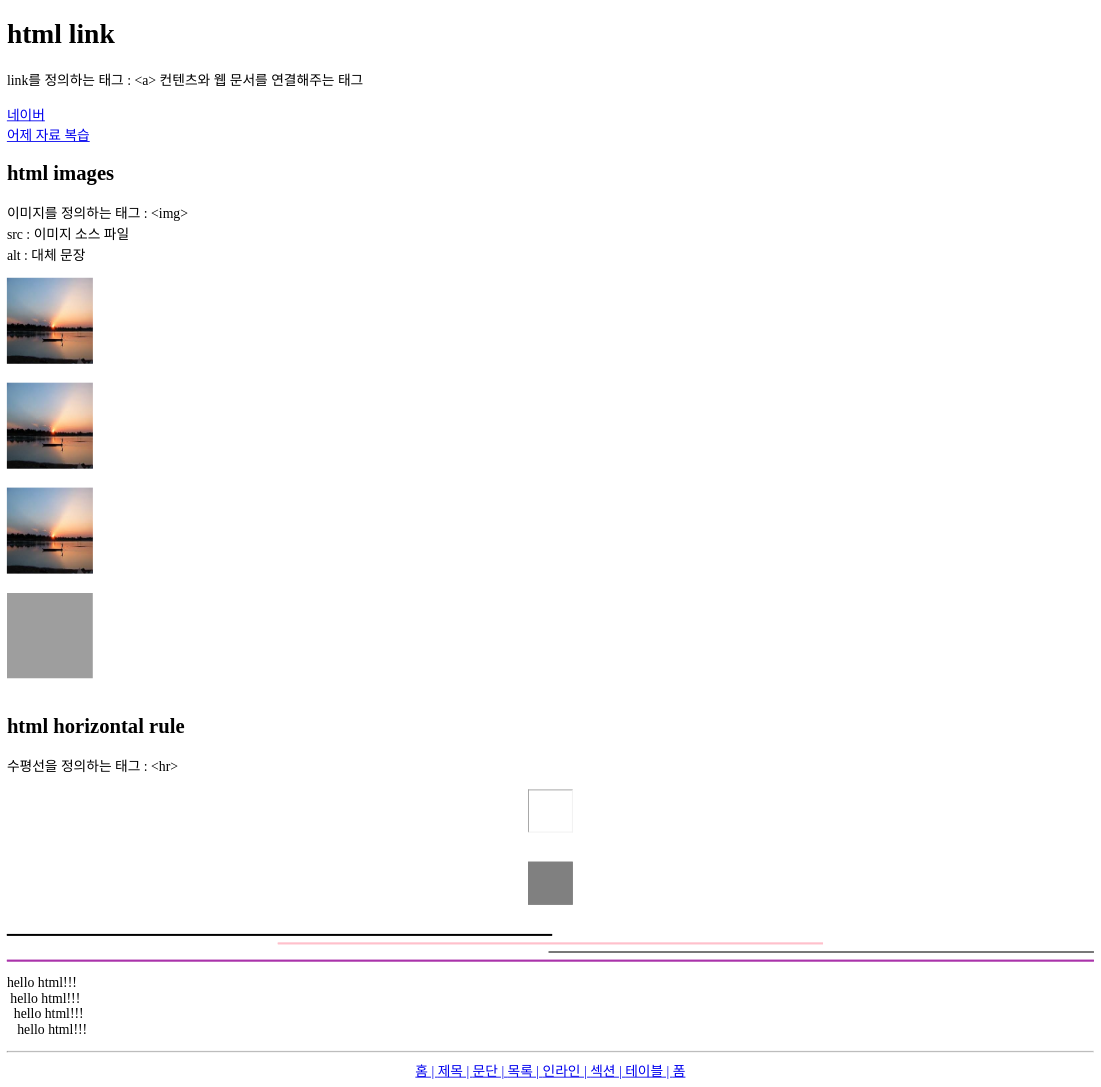
Repository: pq01pq/Education-IT_BANK
Page: JSP/ProjectHTML/0108/WebContent/Inline/inlineTag.html
An editor plug-in stored every save of this project. The page is shown before and after the next save, followed by the edit.
The browser window is 1280 px wide. The pictures show the whole page, at 86% of full size.
Pictures or frames that could not be fetched are drawn as grey boxes.

Above is the page before, as saved 2021-01-24 09:57:01.

After the next save:
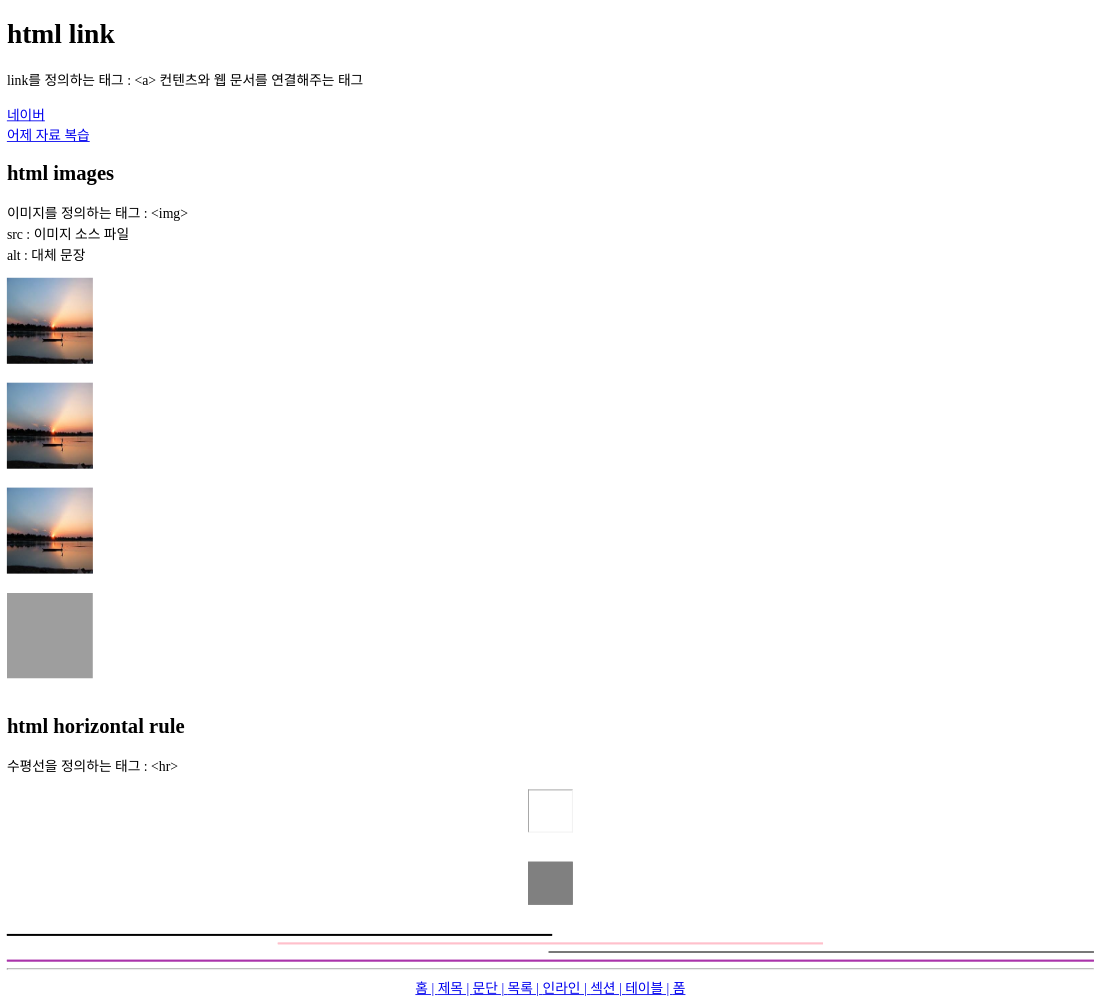
Saved 90 s later.
--- a/JSP/ProjectHTML/0108/WebContent/Inline/inlineTag.html
+++ b/JSP/ProjectHTML/0108/WebContent/Inline/inlineTag.html
@@ -68,13 +68,6 @@
 	<hr width="50%" align="right" color="#777777">	<!-- # R : 2 hex / G : 2 hex / B : 2 hex-->
 	<hr color="#aa33aa">
 
-	<p>
-		hello html!!!<br>
-		&nbsp;hello html!!!<br>	<!-- nbsp : non break space -->
-		&nbsp;&nbsp;hello html!!!<br>
-		&nbsp;&nbsp;&nbsp;hello html!!!<br>
-	</p>
-
 	<hr>
 
 	<div align="center">
